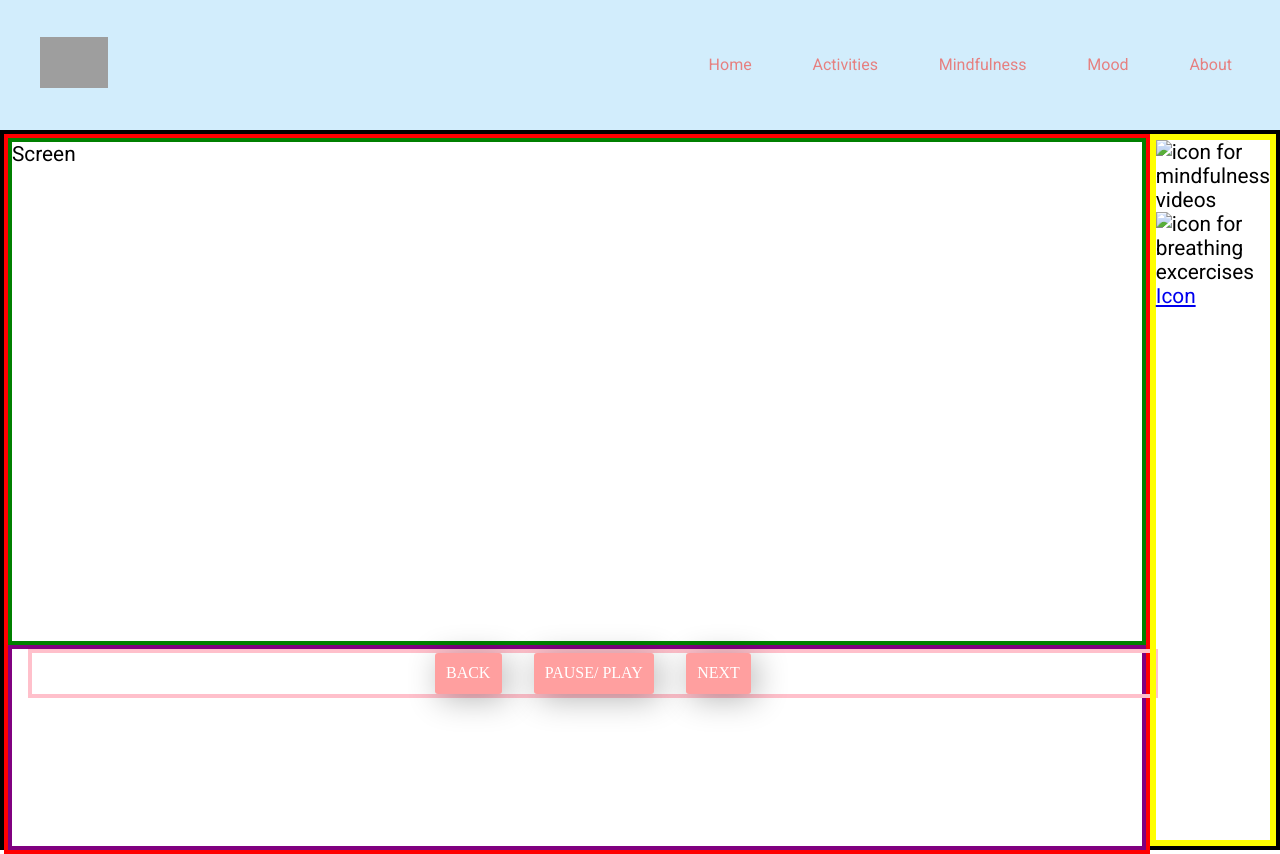
Repository: Nafisa-Huda/HealthierMind
Page: public/mindfulness.html
These files come from the project's save history. The page is drawn as it stood at one moment and after the next save; the edit follows.
The browser window is 1280 px wide. The pictures show the whole page.
Pictures or frames that could not be fetched are drawn as grey boxes. Some web fonts or font styles are not loaded; a fallback is used.

Above is the page before, as saved 2022-07-16 13:42:59.

After the next save:
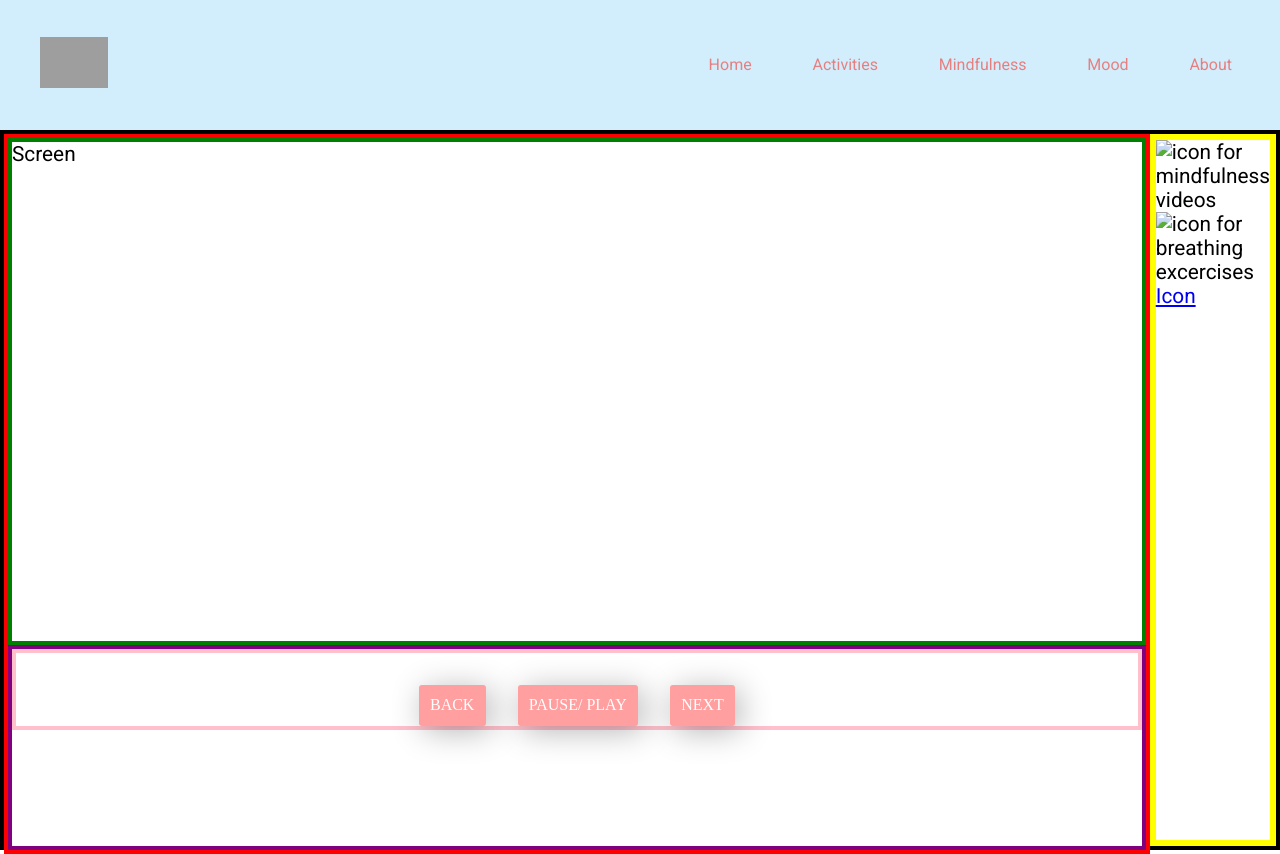
Saved 11 s later.
--- a/public/css/mindfulness.css
+++ b/public/css/mindfulness.css
@@ -164,7 +164,7 @@ header{
   align-content: center;
   align-items: center;
   gap: 2rem;
-  margin: auto 1rem;
+  padding-top: 2rem;
 }
 .back,
 .next,
